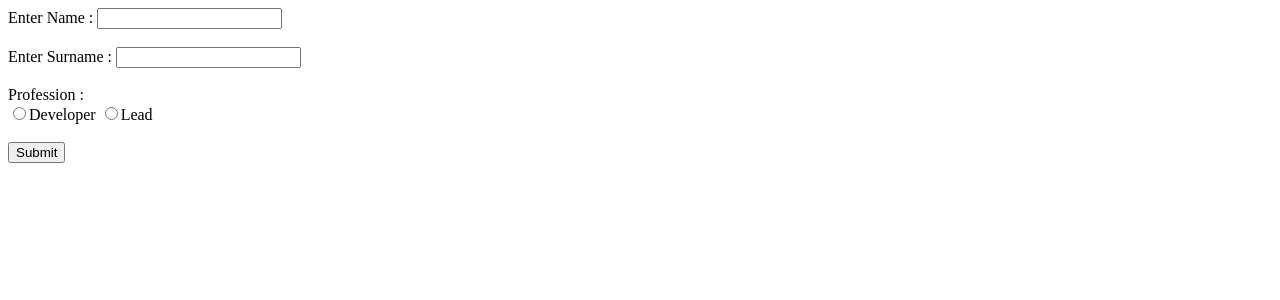
Repository: PhMandar/eclipse_oxy_ws
Page: SimpleServletProject/WebContent/SimpleForm.html
The author's editor kept a copy of each file at every save. The page is drawn from the files as they stood at one save, then again after the next save.
The browser window is 1280 px wide. The pictures show the whole page.

Above is the page before, as saved 2017-12-07 03:50:40.

After the next save:
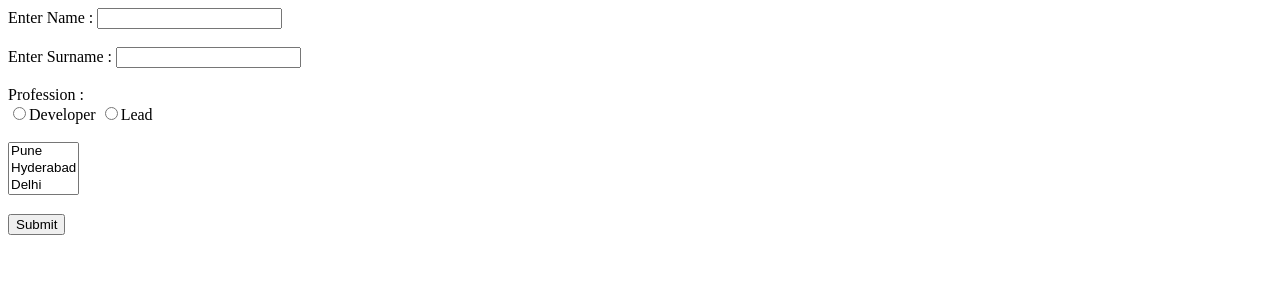
Saved 3 min 9 s later.
--- a/SimpleServletProject/WebContent/SimpleForm.html
+++ b/SimpleServletProject/WebContent/SimpleForm.html
@@ -12,7 +12,14 @@
 		Profession : <br>
 		<input type="radio" value="developer" name="profession"/>Developer
 		<input type="radio" value="Tech Lead" name="profession"/>Lead
-
+		<br><br>
+		<select name="workingLocation" size="3">
+			<option value="Pune">Pune
+			<option value="Hyderabad">Hyderabad
+			<option value="Delhi">Delhi
+			<option value="Mumbai">Mumbai
+			<option value="Bengalore">Bengalore
+		</select>
 		<br><br>
 		<input type="submit"/>
 	</form>
